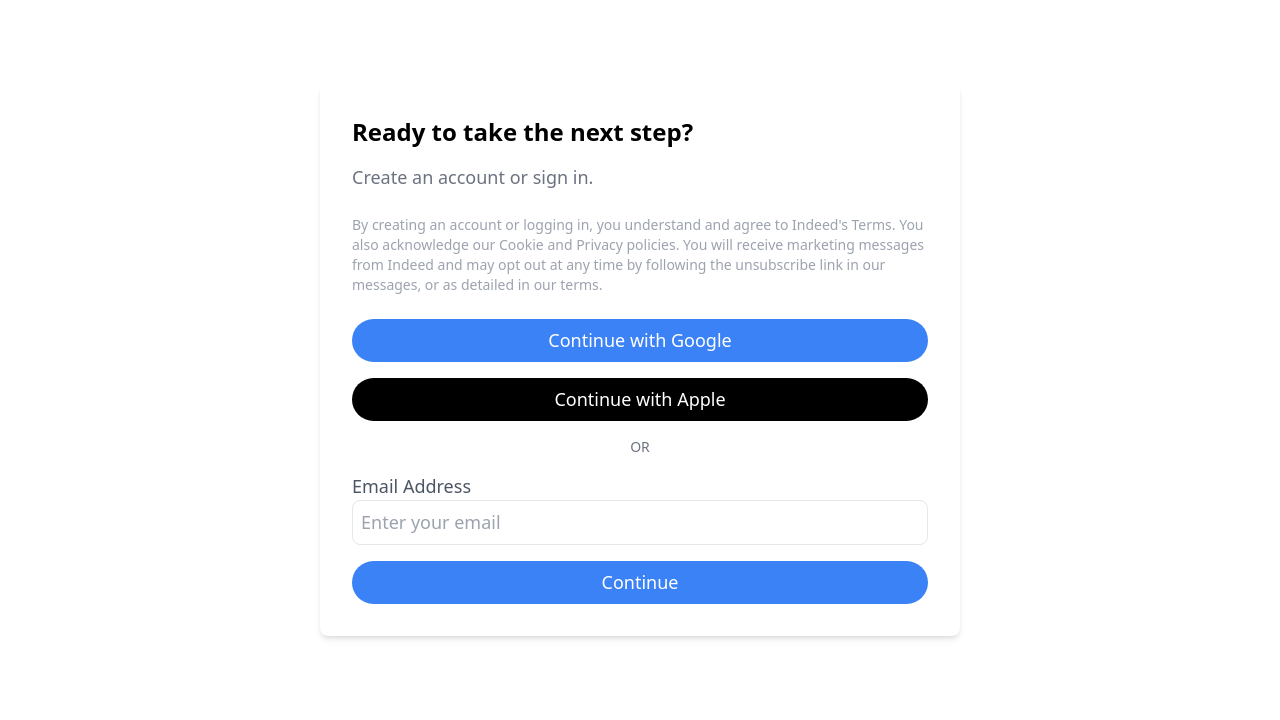
Repository: Temitech001/new-job
Page: /signin
An editor plug-in stored every save of this project. The page is shown before and after a run of saves, followed by the edit.
The browser window is 1280 px wide. The pictures show the whole page.
The project was rebuilt for these pictures with package versions that can differ from the ones it lists, and the page was loaded fresh each time. Also part of the build but not shown: src/App.css, src/components/header/Header.jsx, src/components/jobSearch/Job.jsx, src/components/jobSearch/JobListing.jsx, src/App.js.

Above is the page before, as saved 2023-08-22 01:59:39.

After the next 4 saves:
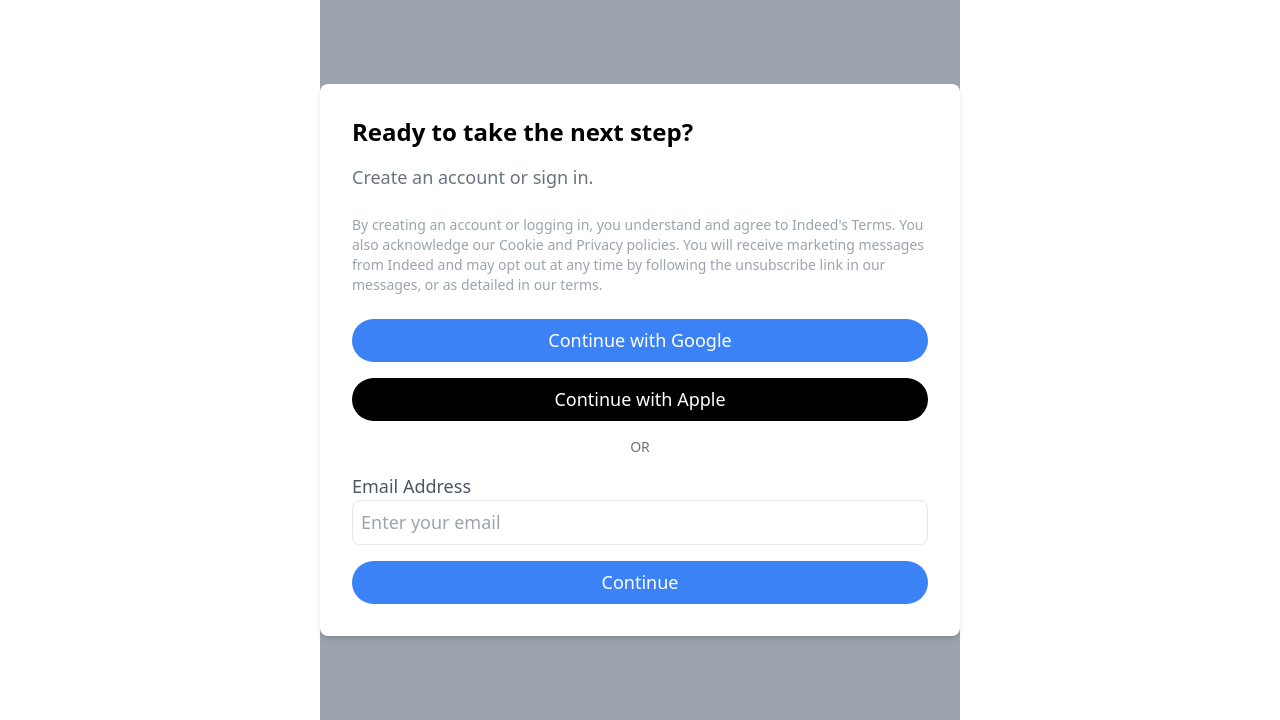
The 4 saves are shown as one change because they came seconds apart.
The last was saved 36 s later.
--- a/src/components/jobSearch/signIn/SignIn.jsx
+++ b/src/components/jobSearch/signIn/SignIn.jsx
@@ -3,7 +3,7 @@ import React from 'react';
 
 const SignIn = () => {
   return (
-    <div className="flex justify-center items-center h-screen w-2/4 mx-auto">
+    <div className="flex justify-center items-center h-screen w-2/4 mx-auto bg-gray-400">
       <div className="bg-white p-8 rounded-lg shadow-md">
         <h2 className="text-2xl font-semibold mb-4">
           Ready to take the next step?
